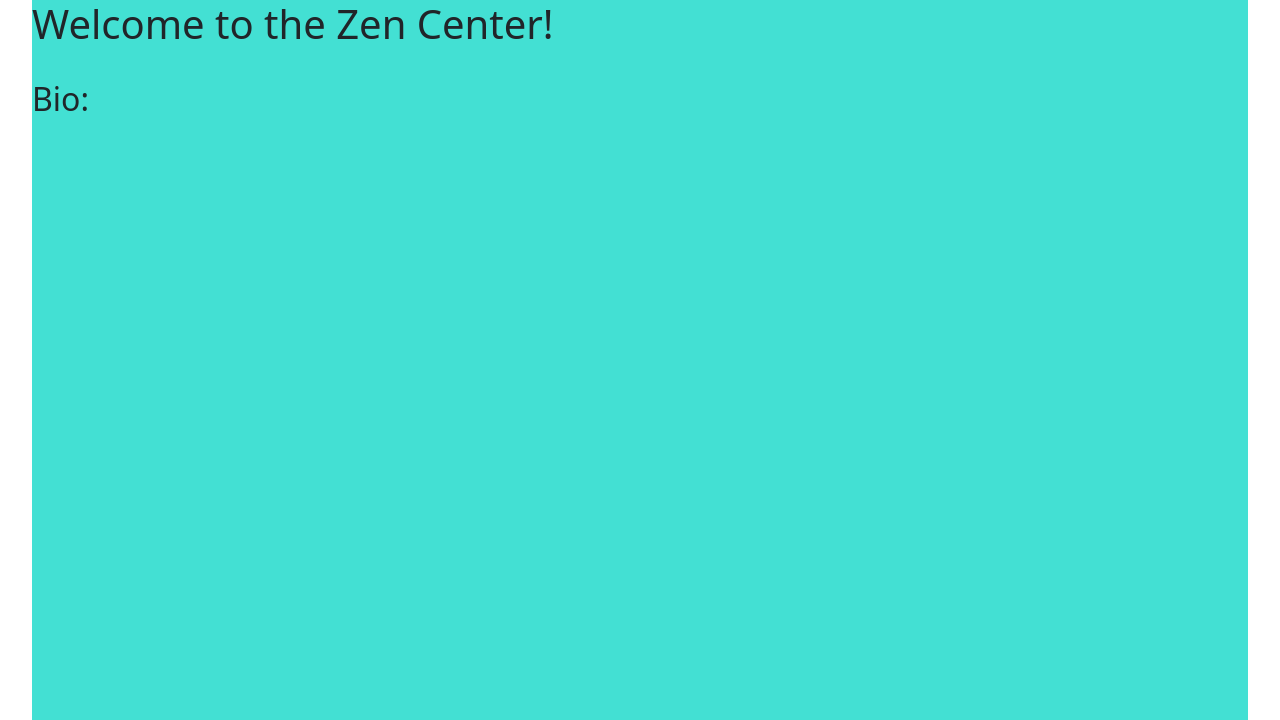
Repository: collegedude9300/zenstationnext
Page: /
These files come from the project's save history. The page is drawn as it stood at one moment and after the next save; the edit follows.
The browser window is 1280 px wide. The pictures show the whole page.
The project was rebuilt for these pictures with package versions that can differ from the ones it lists, and the page was loaded fresh each time. The framework's server and built-in components were replaced by stand-ins that run in the browser. Also part of the build but not shown: next.config.js.

Above is the page before, as saved 2022-10-06 17:47:20.

After the next save:
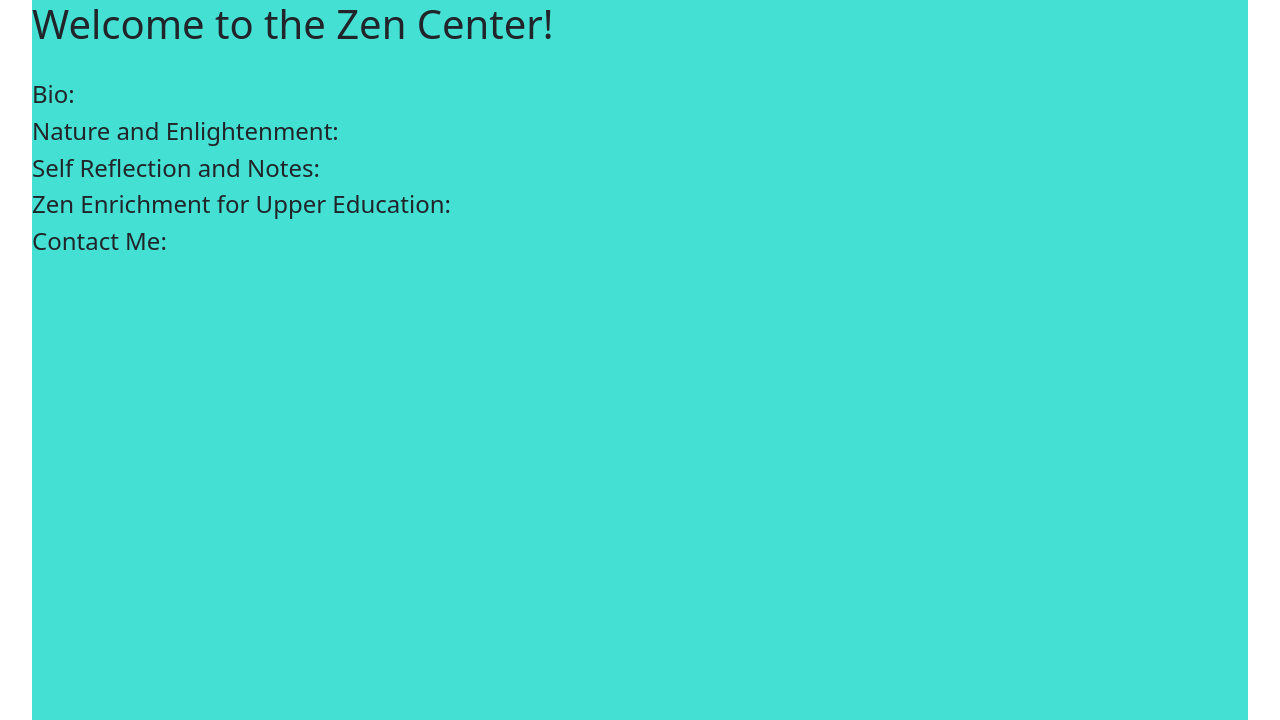
Saved 83 s later.
--- a/pages/index.js
+++ b/pages/index.js
@@ -14,7 +14,11 @@ export default function Home() {
       <main className={styles.pages}>
         <h1> Welcome to the Zen Center!</h1>
         <br/>
-        <h2> Bio:</h2>
+        <h4>Bio: </h4>
+        <h4> Nature and Enlightenment: </h4>
+        <h4>Self Reflection and Notes: </h4>
+        <h4>Zen Enrichment for Upper Education: </h4>
+        <h4>Contact Me: </h4>
       </main>
     </div>
   )
